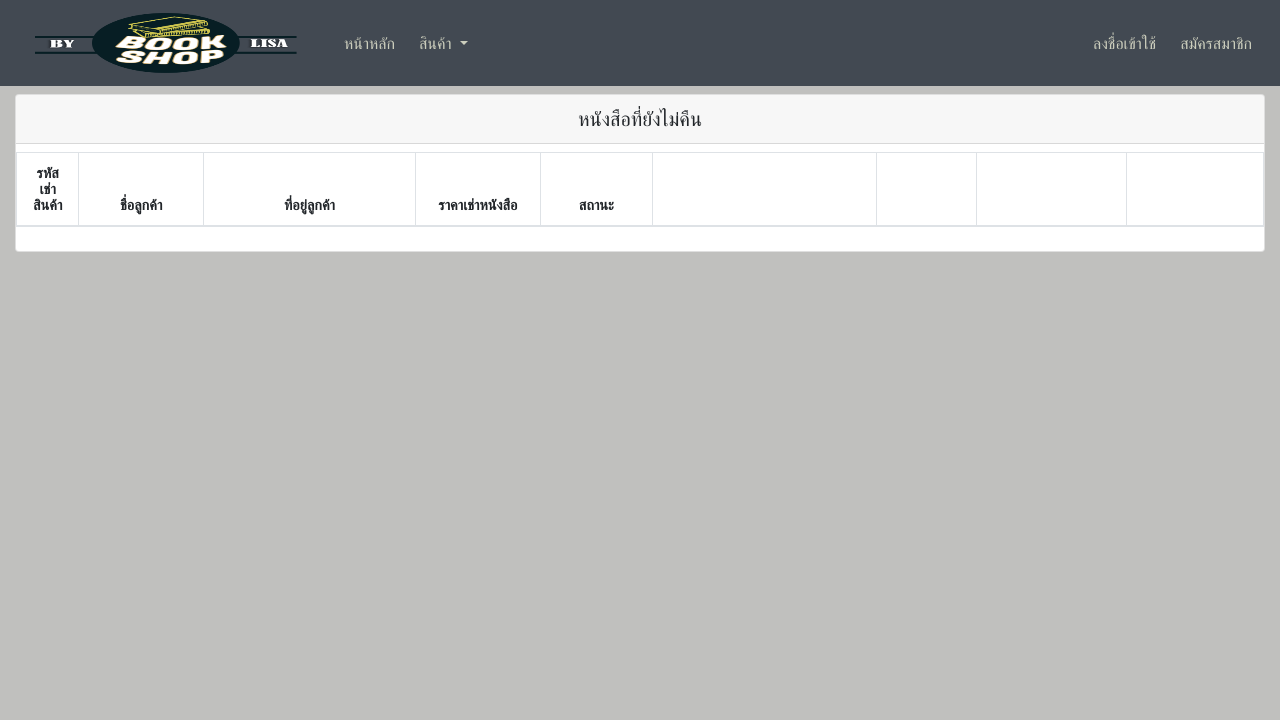
Repository: peawza/shopbook
Page: http://localhost/returnproduct.php?Order_id=24
The author's editor kept a copy of each file at every save. The page is drawn from the files as they stood at one save, then again after the next save.
The browser window is 1280 px wide. The pictures show the whole page.
The page is run by PHP 8.4 with error messages shown; the project is at /var/www/html/. The database holds what the project's SQL file puts in it.

Above is the page before, as saved 2020-10-01 10:15:19.

After the next save:
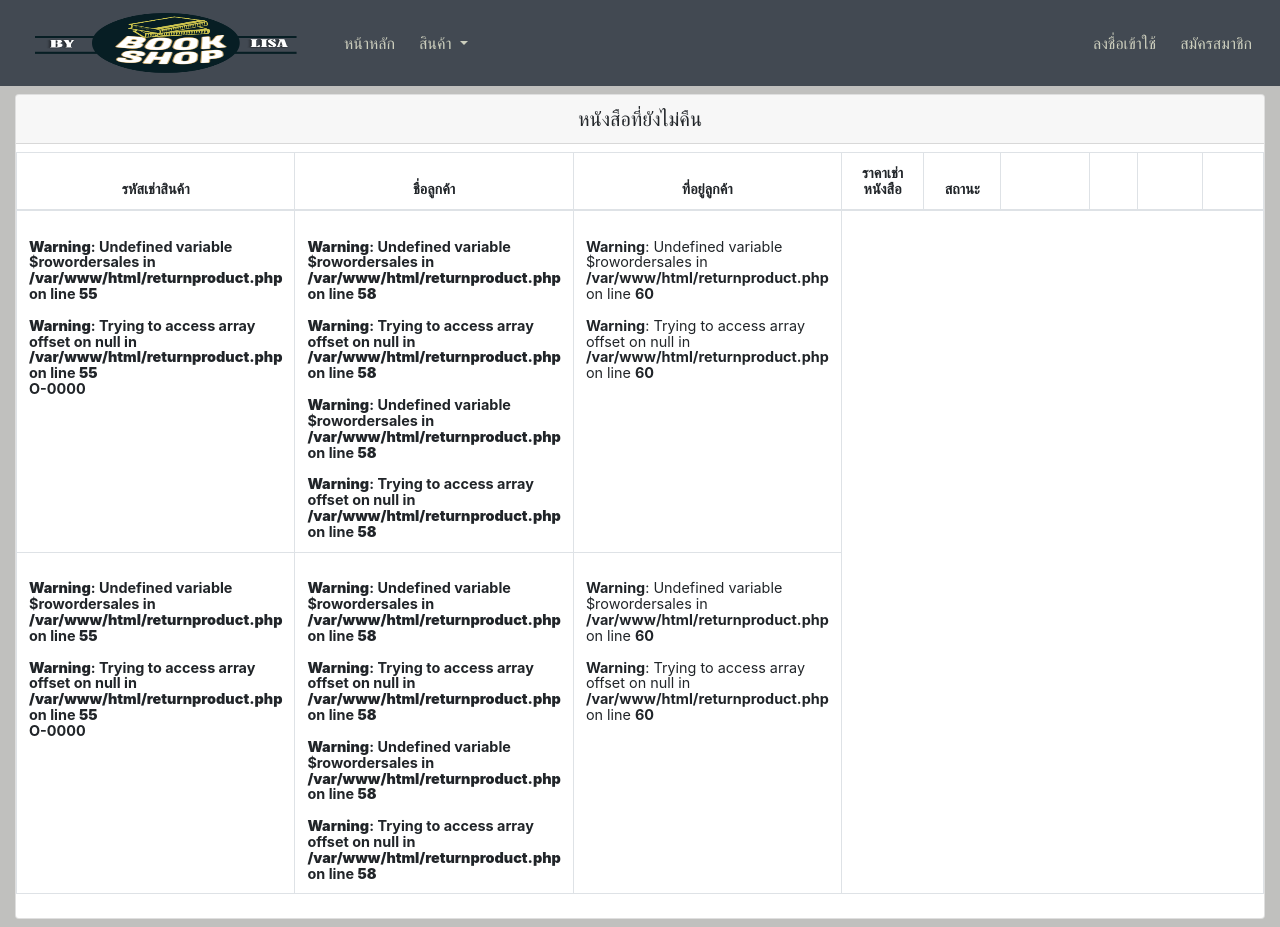
Saved 116 s later.
--- a/returnproduct.php
+++ b/returnproduct.php
@@ -50,6 +50,16 @@
                             $resulproduct = mysqli_query($conn, $selectproduct);
                             while ($rowproduct = mysqli_fetch_array($resulproduct)) {
                         ?>
+                        <tr>
+                            <th><?php
+                                        $code = sprintf('O-%04d', $rowordersales['orders_id']);
+                                        echo $code ?>
+                            </th>
+                            <th><?php echo $rowordersales["User_Firstname"] . ' ' . $rowordersales['User_Lastname'] ?>
+                            </th>
+                            <td><?php echo $rowordersales["Order_addressuser"]  ?></td>
+
+                        </tr>
 
 
 
